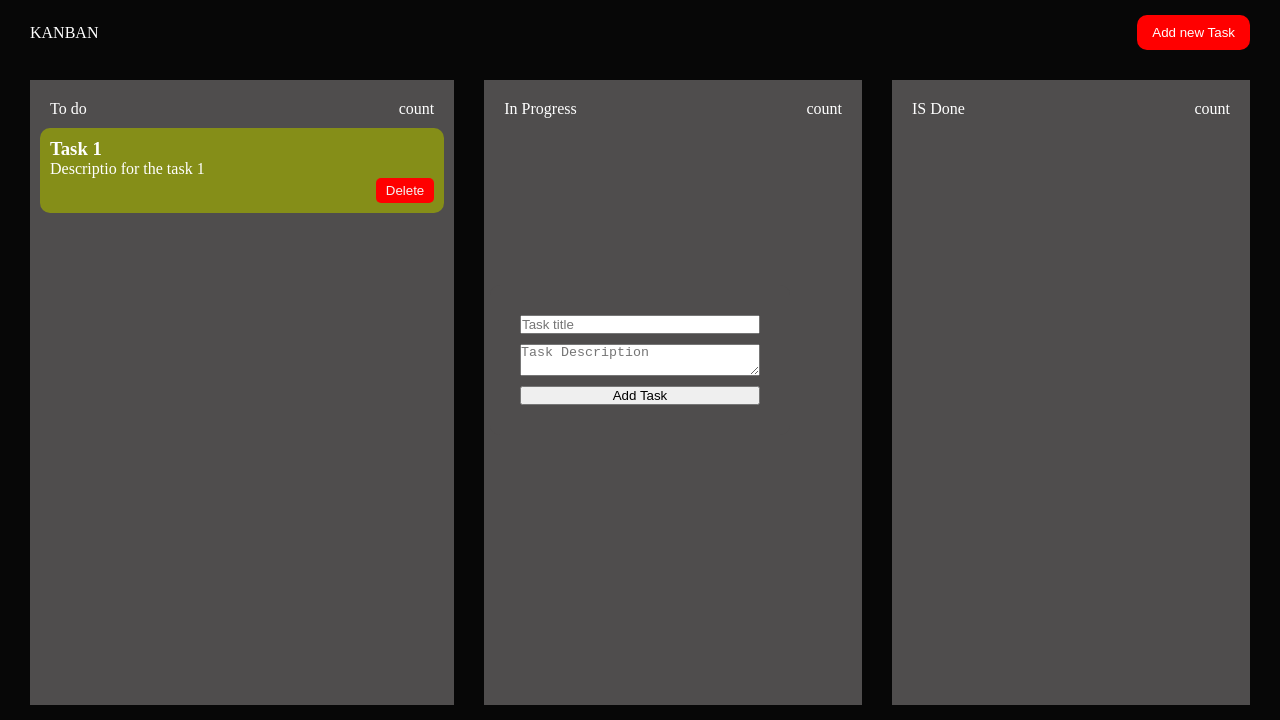
Repository: Sandeepji-5/Kanban-board
Page: index.html
These files come from the project's save history. The page is drawn as it stood at one moment and after the next save; the edit follows.
The browser window is 1280 px wide. The pictures show the whole page.

Above is the page before, as saved 2025-12-09 15:06:42.

### index.html
<!DOCTYPE html>
<html lang="en">
<head>
    <meta charset="UTF-8">
    <meta name="viewport" content="width=device-width, initial-scale=1.0">
    <title>Document</title>
    <link rel="stylesheet" href="style.css">
</head>
<body>
    <main>
        <nav>
            <div class="left">KANBAN</div>
            <div class="right"><button id="toggle-modal">Add new Task</button></div>
        </nav>
        <section class="board">
            <div   id="todo" class="task-column">
                <div class="heading">
                    <div class="left">To do </div>
                      <div class="right">count</div>
                </div>
                <div draggable="true" class="task">
                    <h3>Task 1</h3>
                    <p>Descriptio for the task 1 </p>
                    <button>Delete</button>
                </div>
            </div>
            <div id="progress" class="task-column">
                <div class="heading">
                    <div class="left">In Progress</div>
                    <div class="right">count</div>
                </div>

            </div>
            <div  id="done"   class="task-column">
                <div class="heading">
                    <div class="left">IS Done </div>
                    <div class="right"> count</div>
                </div>

            </div>
        </section>


    </main>

    <div class="modal add-new-task">
        <div class="bg">


        <div class="center">
        <input type="text" placeholder="Task title"/>
        <textarea placeholder="Task Description"></textarea>
        <button id="add-new-task" class="add-task-btn"> Add Task</button>
        </div>
        </div>
    </div>



    <script src="kanban.js"></script>
</body>
</html>

### style.css
* {
    margin: 0;
    padding: 0;

    box-sizing: border-box;
}

html,
body {
    width: 100%;
    height: 100%;

}

:root {
    --bg-color: #0000000;
    --bg-button-color: rgb(79, 77, 77);
    --primary-text-color: #f4f4f4;
    --bg-task-color:gray;
    --bg-delete-color:red;



    /* padding 1 rem 2 rem */
    --nav-padding: 15px 30px;
    --section-padding: 15px 30px;
    --padding-s: 5px;
    --padding-m: 10px;
    --padding-l: 15px;
    --padding-xl: 20px;
    --padding-xxl: 30px;


    /* border radius variable  */



    --border-radius-s:5px;
    --border-radius-m:10px;
    --border-radius-l:15px;
    --border-radius-xl:20px;
    --border-radius-xxl:30px;


}

body {
    background-color: rgb(7, 7, 7);
    color: white;
}
main{
    display: flex;
    height: 100%;
    width: 100%;
    flex-direction: column;


}

nav{
    padding: var(--nav-padding);
    display: flex;
    align-items: center;
    justify-content: space-between;

}
nav button{
    background-color: red;
    color: white;
    border: none;
    outline: none;
    padding: var(  --padding-m) var(  --padding-l);
    cursor: pointer;
    border-radius:var(--border-radius-m) ;

}


section{
    padding:var(--section-padding);
    /* height: 100%; */
    display: flex;
    flex-grow: 1;
    justify-content: space-between;

    gap: var(--padding-xxl);

}
section .task-column{
    padding: var(--padding-m);
    background-color: var(--bg-button-color);
    flex-grow: 1  ;
    padding: var(--padding-m)  ;
    display: flex;
    flex-direction: column;
    transition: all 0.7s cubic-bezier(0.19, 1, 0.22, 1);




}
section .task-column.hover-over {
     border: 2px dashed rgb(247, 246, 246);
    transform: scale(1.05);
}
section .task-column .heading{
    display: flex;
    justify-content: space-between ;
    padding: var(--padding-m);
}


section .task-column  .task{

    display: flex;
    flex-direction: column;
    padding: var(--padding-m);
    border-radius: var(--border-radius-m);
    /* background-color: var(--bg-task-color); */
     background-color:rgba(150, 163, 8, 0.763);


}

section .task-column .task button{
    align-self: flex-end;
    cursor: pointer;
    padding: var(--padding-s) var(--padding-m);
    border-radius: var(--border-radius-s);
    border: none;
    outline: none;
    background-color: var(--bg-delete-color);
    color: var(--primary-text-color)  ;
}

.modal{

    position: fixed;
    top: 0;
    left: 0;
    height: 100vh;
    width: 100vw;
    display: flex;
    align-items: center;
    justify-content: center;







}


.modal .center{
    background-color: var(--bg-button-color);
    padding: var(--padding-xxl);
    border-radius: var(--border-radius-m);
    display: flex;
    flex-direction: column;
    gap: var(--padding-m);
    min-width: 300px;

}

### kanban.js
const todo = document.querySelector('#todo');
const progress = document.querySelector('#progress')
const done = document.querySelector('#done');
const tasks = document.querySelectorAll('.task');
let draggedElement = null;

tasks.forEach(task => {
    task.addEventListener("drag", () => {

        draggedElement = task;
    })
})

// progress.addEventListener('dragenter',(e)=>{
//     progress.classList.add('hover-over');
// })


// progress.addEventListener('dragleave', (e)=>{
//     progress.classList.remove('hover-over');
// })


function addDragEventsOnColumn(column) {

    column.addEventListener('dragenter', (e) => {
        e.preventDefault();
        column.classList.add('hover-over');
    });

    column.addEventListener('dragleave', (e) => {
        e.preventDefault();
        column.classList.remove('hover-over');
    })

    column.addEventListener("dragover", (e) => {
        e.preventDefault();
    })

    column.addEventListener('drop', (e) => {

        column.appendChild(draggedElement)
        console.log("draggedElement", draggedElement, column);
        column.classList.remove('hover-over')
         e.preventDefault();
    })

}

addDragEventsOnColumn(todo);
addDragEventsOnColumn(progress)
addDragEventsOnColumn(done)






// const toggleModal = document.querySelector('#toggle-modal');
// const modal = document.querySelector('.modal')
// const addTaskbtn = document.querySelector('.add-task-btn')



// toggleModal.addEventListener('click',()=>{
// modal.classList.add('active');
// })

// addTaskbtn.addEventListener('click', ()=>{
//     modal.classList.remove('active');
// })

After the next save:
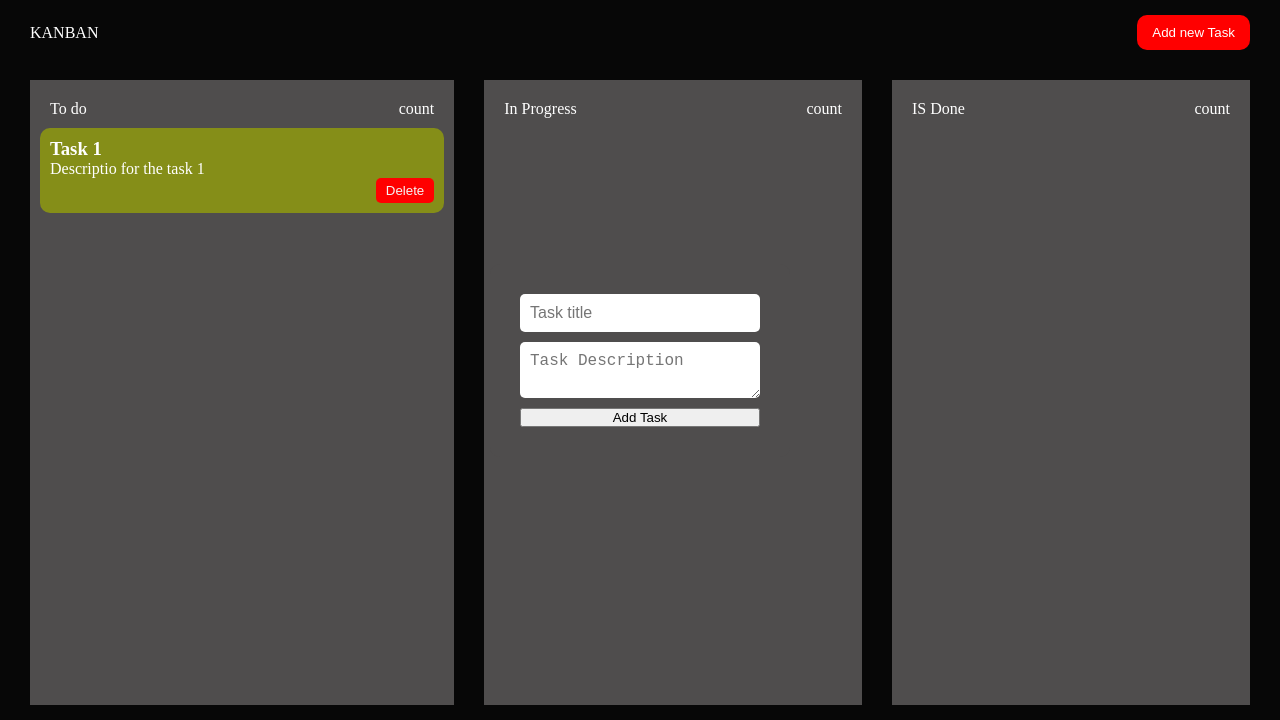
Saved 2 min 45 s later.
--- a/style.css
+++ b/style.css
@@ -163,3 +163,11 @@ section .task-column .task button{
     min-width: 300px;
 
 }
+
+.modal .center input,.modal .center textarea, .modal .center select {
+    padding: var(--padding-m);
+    border-radius: var(--border-radius-s);
+    border: none;
+    outline: none;
+    font-size: 1rem;
+}
